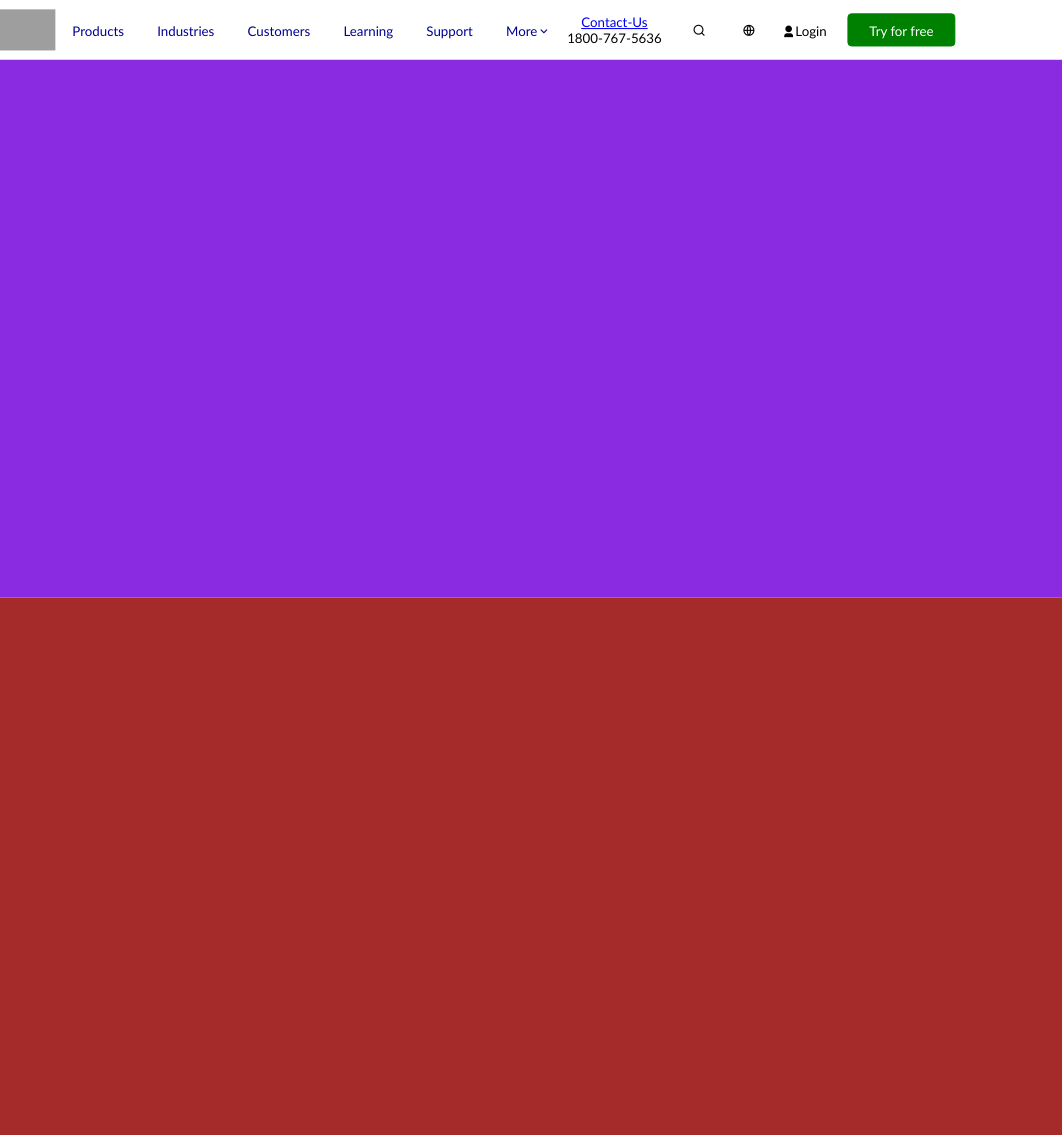
Repository: Chiranshukapil/html_css
Page: salesforce/index.html
An editor plug-in stored every save of this project. The page is shown before and after the next save, followed by the edit.
The browser window is 1280 px wide. The pictures show the whole page, at 83% of full size.
Pictures or frames that could not be fetched are drawn as grey boxes.

Above is the page before, as saved 2024-06-10 00:02:08.

### salesforce/index.html
<!DOCTYPE html>
<html lang="en">
    <head>
        <meta charset="UTF-8">
        <meta name="viewport" content="width=device-width, initial-scale=1.0">
        <title>Salesforce</title>
        <link rel="stylesheet" href="style.css">
        <link href="https://cdn.jsdelivr.net/npm/remixicon@4.2.0/fonts/remixicon.css" rel="stylesheet" />
    </head>
    <body>
        <div id="main">
            <div id="header">
                <div id="logo">
                    <img src="https://a.sfdcstatic.com/shared/images/c360-nav/salesforce-with-type-logo.svg" >
                </div>
                <div class="texts"><p>Products</p></div>
                <div class="texts"><p>Industries</p></div>
                <div class="texts"><p>Customers</p></div>
                <div class="texts"><p>Learning</p></div>
                <div class="texts"><p>Support</p></div>
                <div class="texts">
                    <p>More</p>
                    <p><i class="ri-arrow-down-s-line"></i></p>
                </div>
                <div id="contact">
                    <a  href="https://www.google.com/"><u>Contact-Us</u></a>
                    <p>1800-767-5636</p>
                </div>
                <div id="icon1" class="icon"><i class="ri-search-line"></i></div>
                <div class="icon"><i class="ri-global-line"></i></div>
                <div id="login">
                    <p><i class="ri-user-3-fill"></i></p>
                    <p>Login</p>
                </div>
                <div id="try">Try for free</div>
            </div>
            <div id="fakeheader"></div>
            <div id="page1"></div>
            <div id="page2"></div>
        </div>
    </body>
</html>

### salesforce/style.css
*{
    margin: 0%;
    padding: 0%;
    box-sizing: border-box;
    font-family: 'Gill Sans MT';
}

html,body{
    height: 100%;
    width: 100%;

}

#main{
    height: 100%;
    width: 100%;

}

#header{
    height: 10%;
    width: 100%;
    position: fixed;
    display: flex;
    align-items: center;
    /* font-size: large; */
}

#logo{
    height: 70%;
}

#logo img{
    width: 100%;
    height: 100%;
}

#contact{
    text-align: center;

}

.icon{
    width: 30px;
    height: 30px;
    display: flex;
    align-items: center;
    justify-content: center;
    /* border: 1px solid;
    border-radius: 50%; */
    margin-left: 30px;
}

.icon:hover{
    border: 1px solid rgb(188, 255, 255);
    border-radius: 50%;
    background-color:rgb(188, 255, 255);
}

#login{
    margin: 25px;
    display: flex;
}

#try{
    width: 130px;
    height: 40px ;
    color: white;
    display: flex;
    align-items: center;
    justify-content: center;
    background-color: green;
    border: 1px solid green;
    border-radius: 5px;
}

.texts{
    color: rgb(0, 0, 147);
    margin: 20px;
    display: flex;
}

.texts:hover{
    color: rgb(113, 113, 243);
}

#fakeheader{
    height: 10%;
    width: 100%;
}

#page1{
    height: 90%;
    width: 100%;
    background-color: blueviolet;
}
#page2{
    height: 90%;
    width: 100%;
    background-color: brown;
}

After the next save:
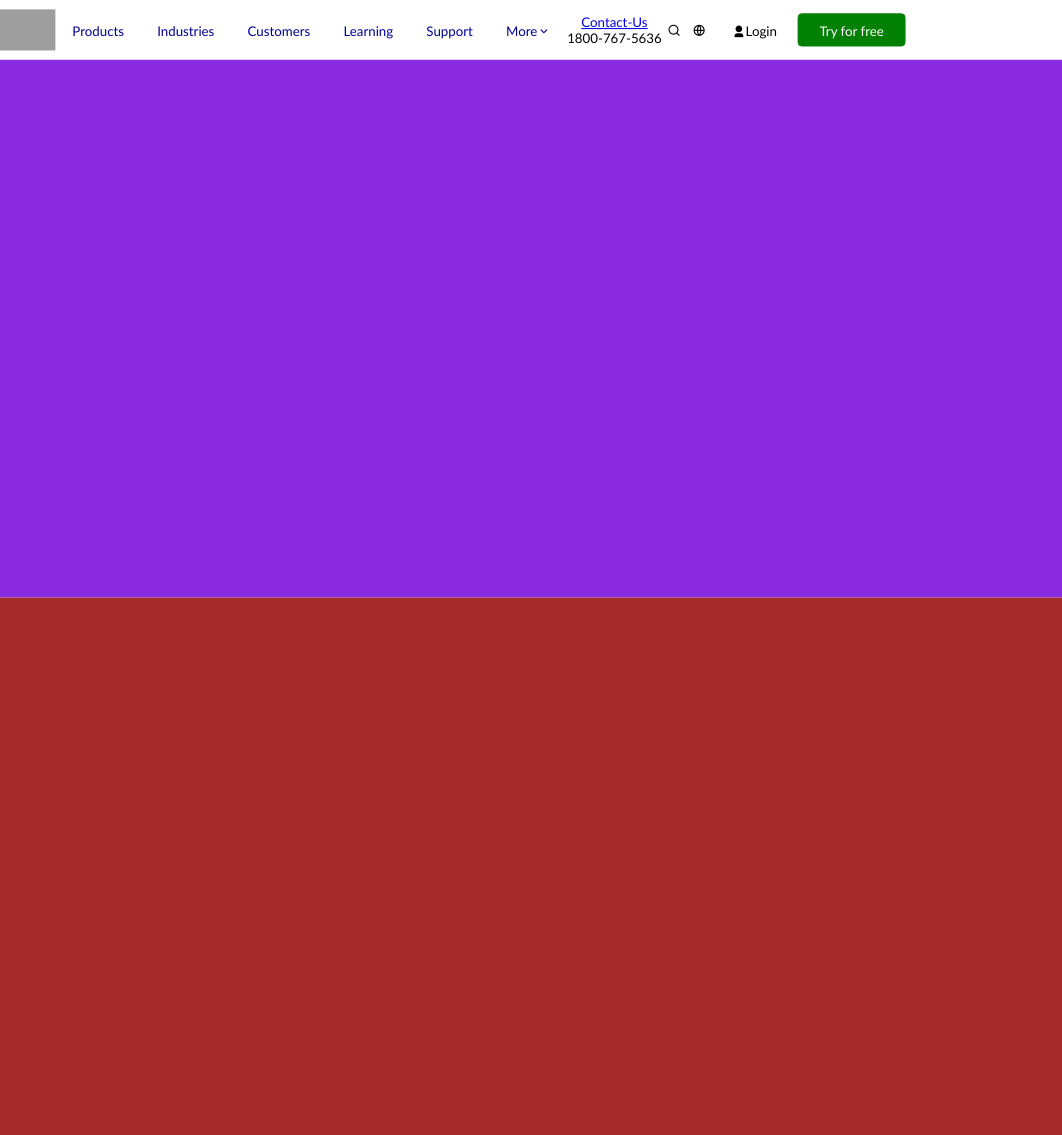
Saved 7 s later.
--- a/salesforce/style.css
+++ b/salesforce/style.css
@@ -48,7 +48,6 @@ html,body{
     justify-content: center;
     /* border: 1px solid;
     border-radius: 50%; */
-    margin-left: 30px;
 }
 
 .icon:hover{
